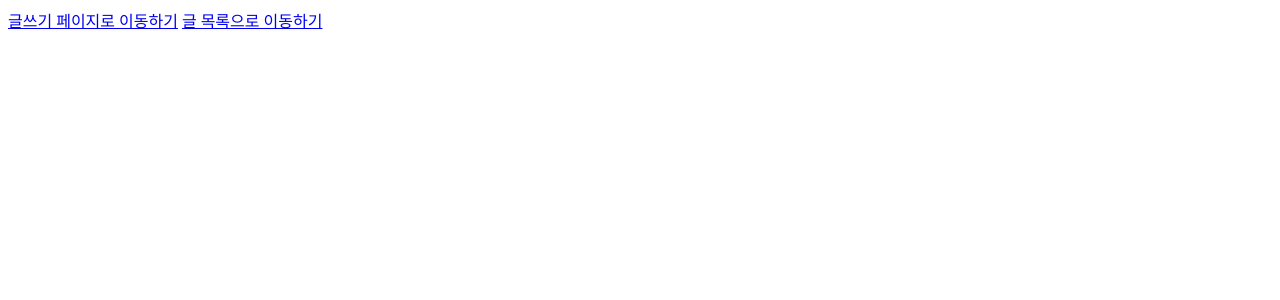
Repository: Baekdusan-baekho/jsp_practice
Page: JspBasic/src/main/webapp/index.html
The author's editor kept a copy of each file at every save. The page is drawn from the files as they stood at one save, then again after the next save.
The browser window is 1280 px wide. The pictures show the whole page.

Above is the page before, as saved 2023-09-14 09:31:16.

### JspBasic/src/main/webapp/index.html
<!DOCTYPE html>
<html>
<head>
<meta charset="UTF-8">
<title>Insert title here</title>
</head>
<body>


	<a href="/JspBasic/write.board">글쓰기 페이지로 이동하기</a>
	<a href="/JspBasic/list.board">글 목록으로 이동하기</a>

</body>
</html>

After the next save:
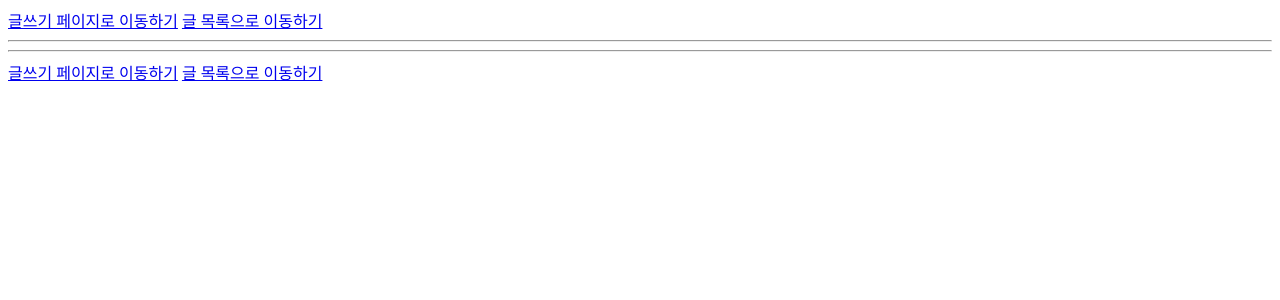
Saved 10 s later.
--- a/JspBasic/src/main/webapp/index.html
+++ b/JspBasic/src/main/webapp/index.html
@@ -10,5 +10,12 @@
 	<a href="/JspBasic/write.board">글쓰기 페이지로 이동하기</a>
 	<a href="/JspBasic/list.board">글 목록으로 이동하기</a>
 
+	<hr>
+	<hr>
+
+	<a href="/JspBasic/write.boardd">글쓰기 페이지로 이동하기</a>
+	<a href="/JspBasic/list.boardd">글 목록으로 이동하기</a>
+
+
 </body>
 </html>
